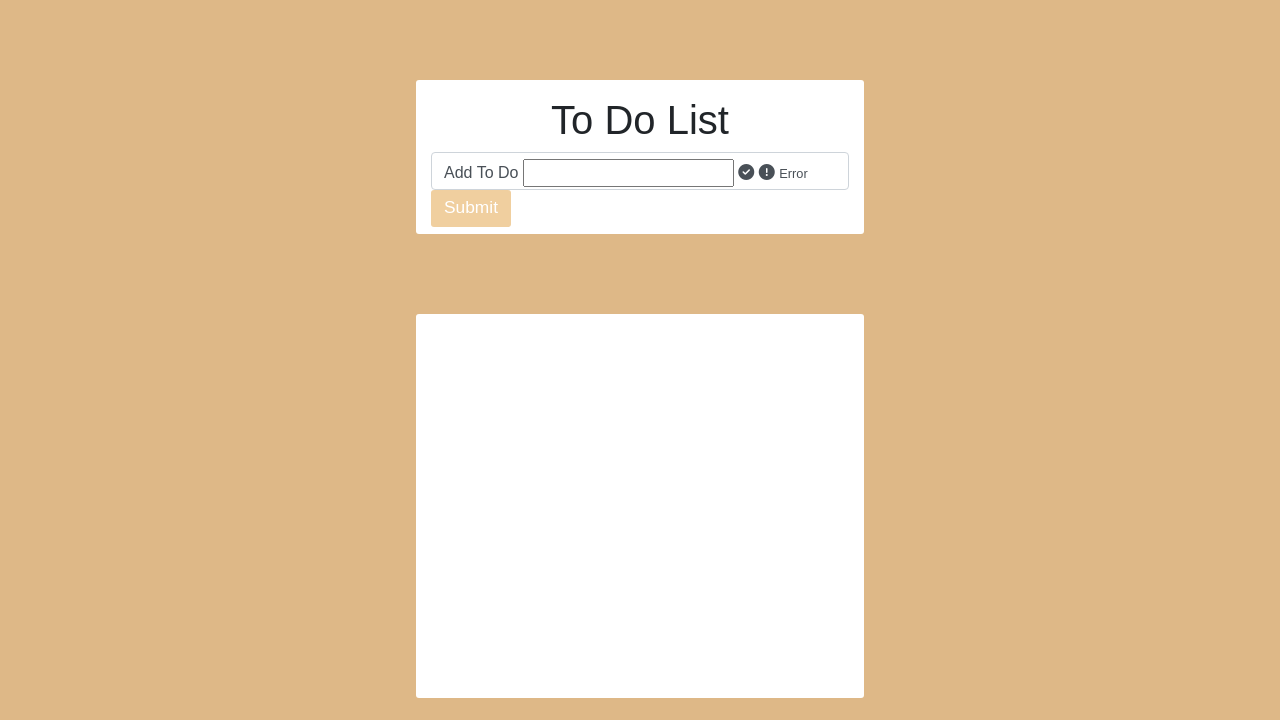
Repository: skepp4rn/todolist
Page: index.html
The author's editor kept a copy of each file at every save. The page is drawn from the files as they stood at one save, then again after the next save.
The browser window is 1280 px wide. The pictures show the whole page.
The page's requests for data from a server got no answer. Some web libraries are served in a nearby version.

Above is the page before, as saved 2021-01-28 12:00:28.

After the next save:
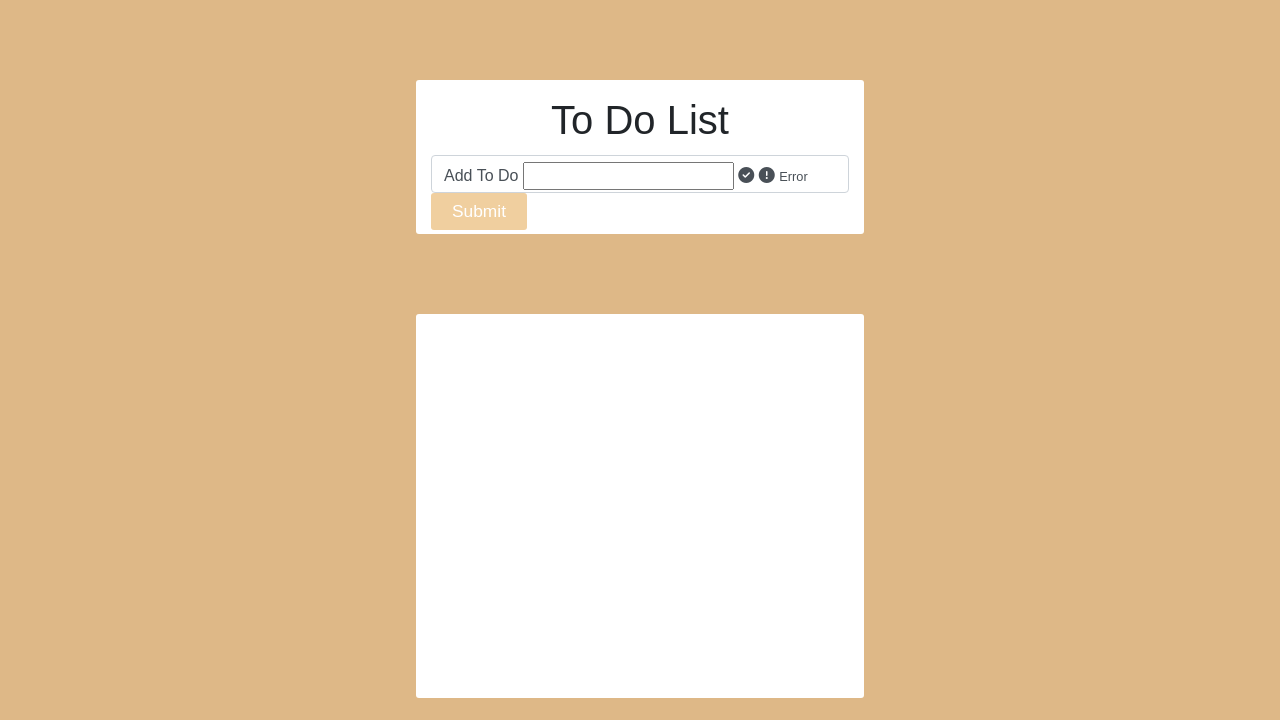
Saved 13 s later.
--- a/css/style.css
+++ b/css/style.css
@@ -18,7 +18,7 @@ body {
     background-color: #ffffff;
     border-radius: 3px;
     margin-top: 5rem;
-    padding-bottom: 2rem;
+    padding-bottom: 2   rem;
     height: 12vw;
 }
 
@@ -46,7 +46,7 @@ body {
     background-color: #f0cf9f;
     color: #ffffff;
     font-size: 13pt;
-    width: 5rem;
+    width: 6rem;
     height: 2.3rem;
     align-self: center;
 
